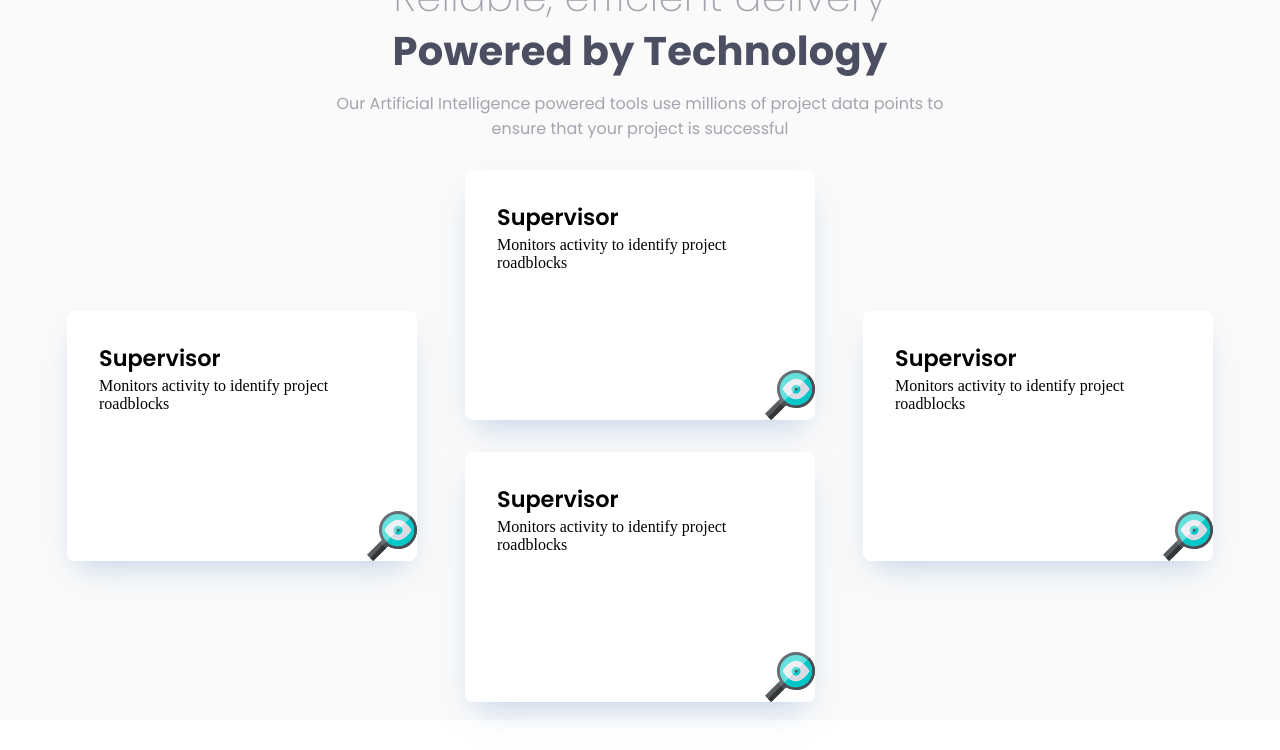
Repository: brandontaylor1/four-card-feature
Page: index.html
An editor plug-in stored every save of this project. The page is shown before and after the next save, followed by the edit.
The browser window is 1280 px wide. The pictures show the whole page.

Above is the page before, as saved 2025-01-09 23:21:17.

After the next save:
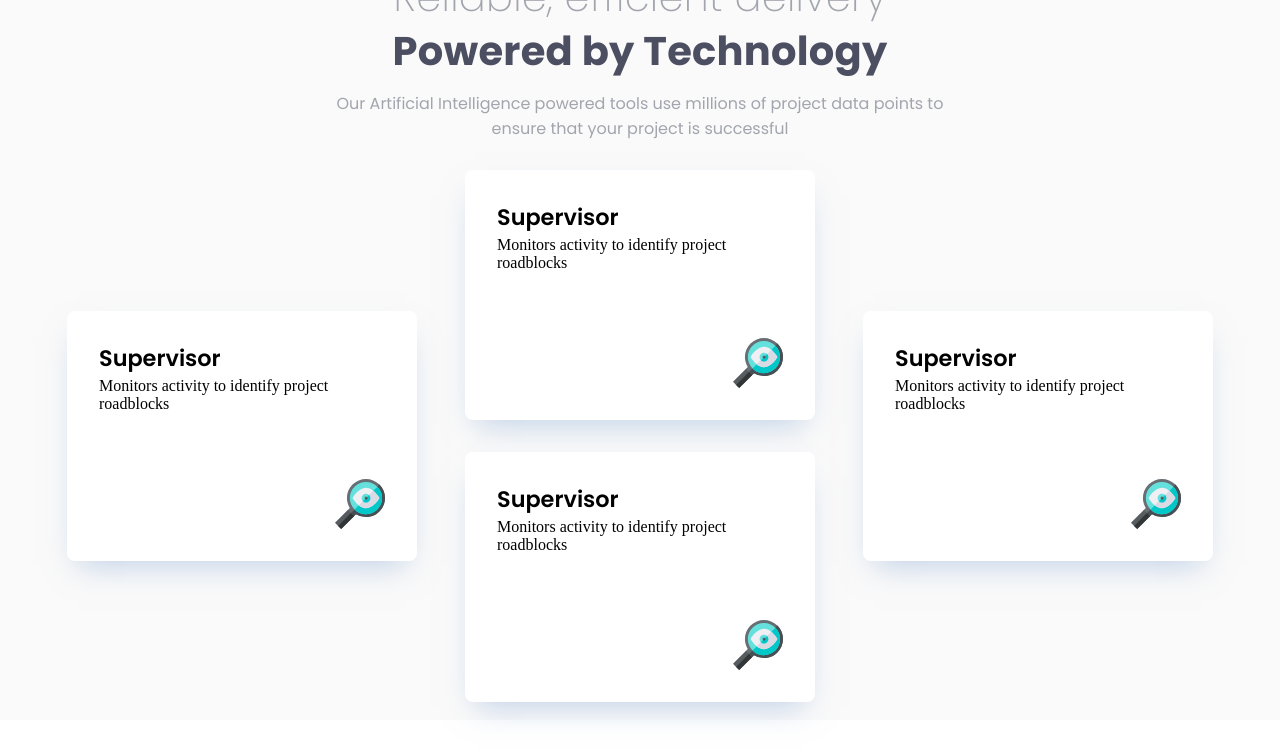
Saved 11 s later.
--- a/styles.css
+++ b/styles.css
@@ -98,6 +98,6 @@
     width: 50px;
     height: 50px;
     position: absolute;
-    bottom: 0;
-    right: 0;
+    bottom: 2rem;
+    right: 2rem;
 }
